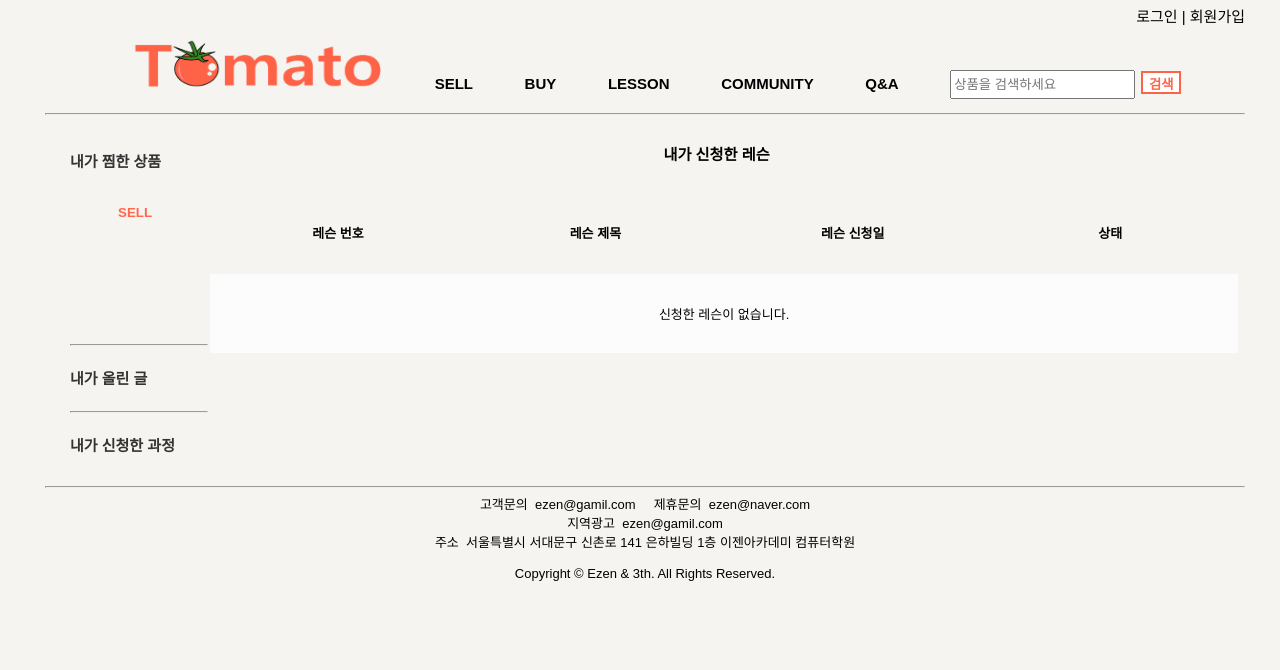
Repository: javadogfoot/semi-project
Page: http://localhost/tomato/member/mypage_lesson.jsp
An editor plug-in stored every save of this project. The page is shown before and after the next save, followed by the edit.
The browser window is 1280 px wide. The pictures show the whole page.
The pointer rests on the first visible `.menu1`.
The page is served by Tomcat 9. Queries for data that is not in the repository find no rows.

Above is the page before, as saved 2021-10-19 08:42:36.

After the next save:
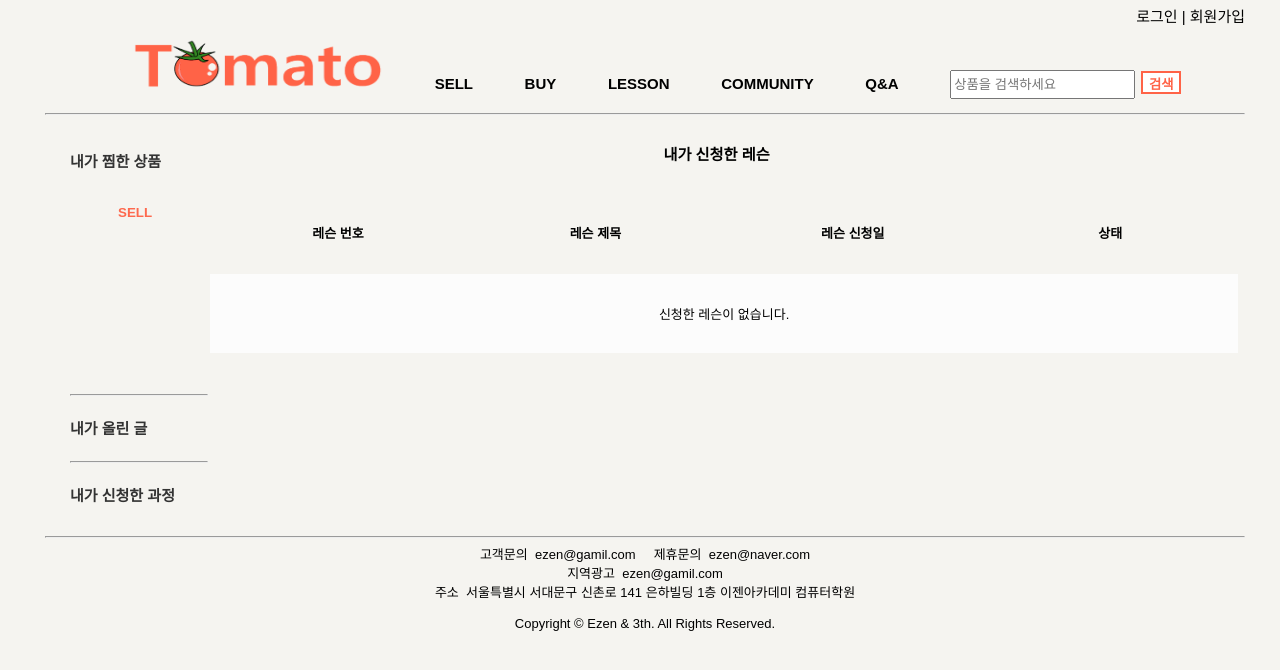
Saved 4 min 6 s later.
--- a/semi프로젝트워크스페이스/tomato/src/main/webapp/member/mypage_lesson.jsp
+++ b/semi프로젝트워크스페이스/tomato/src/main/webapp/member/mypage_lesson.jsp
@@ -66,7 +66,7 @@
    transition: all 1s;
 }
 .menu1:hover {
-   height: 200px;
+   height: 250px;
 }
 .ul {
    list-style: none;
